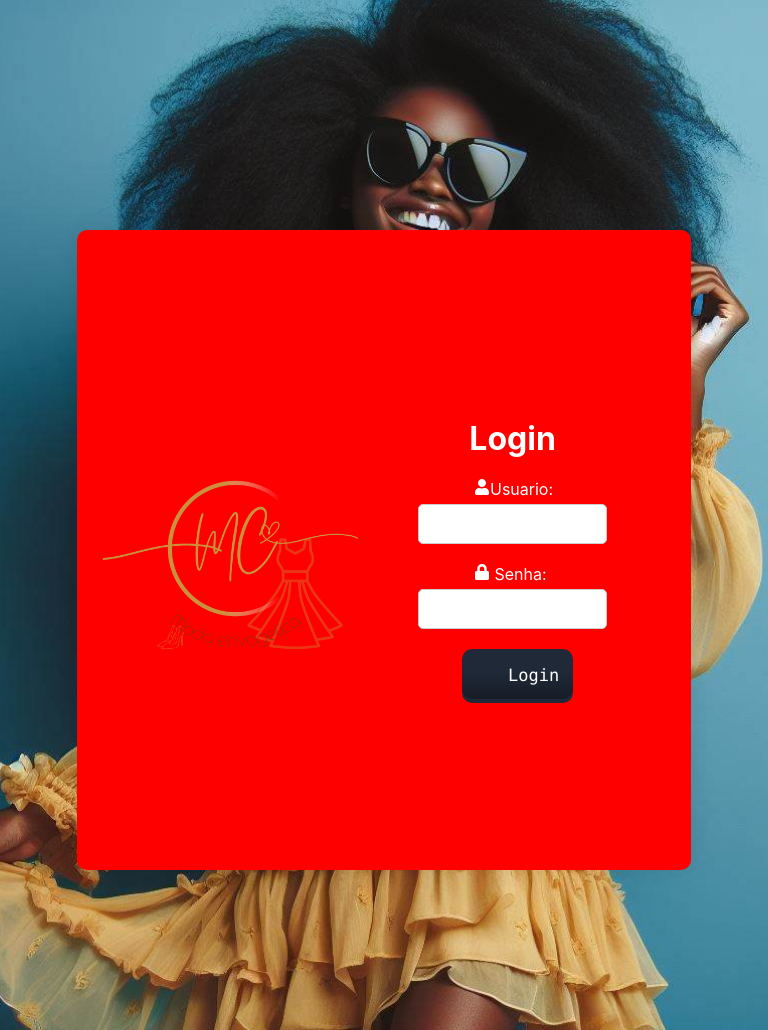
Repository: Mixchelle/ecommerce-moda-evangelica
Page: /login-admin
An editor plug-in stored every save of this project. The page is shown before and after a run of saves, followed by the edit.
The browser window is 768 px wide. The pictures show the whole page.
The project was rebuilt for these pictures with package versions that can differ from the ones it lists, and the page was loaded fresh each time. Also part of the build but not shown: src/components/Header.js, src/components/CategoriesFilter.js, src/pages/Home.js, src/pages/Login.js, src/pages/Admin.js, src/pages/Cart.js.

Above is the page before, as saved 2024-04-29 22:27:53.

After the next 3 saves:
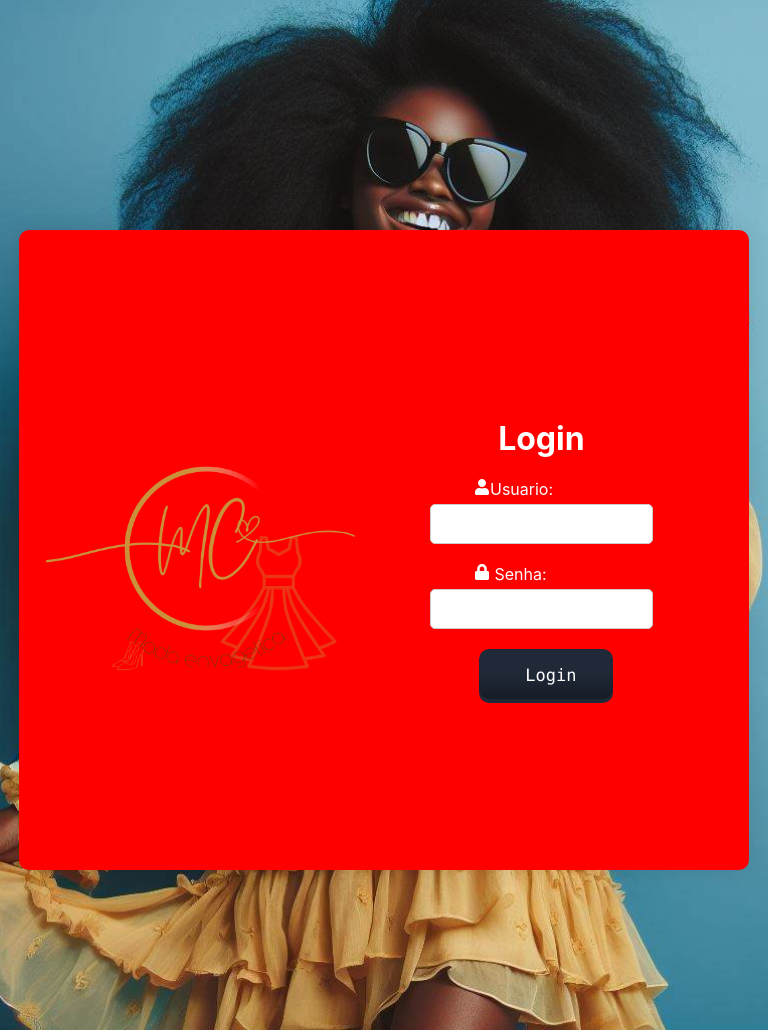
The 3 saves are shown as one change because they came seconds apart.
The last was saved 9 s later.
--- a/src/style/Login.css
+++ b/src/style/Login.css
@@ -150,6 +150,7 @@
   .login-container {
     flex-direction: row;
     height:80vh;
+    width: 95%;
     margin-top: 30%;
     margin-bottom: 30%;
     background-color: red;
